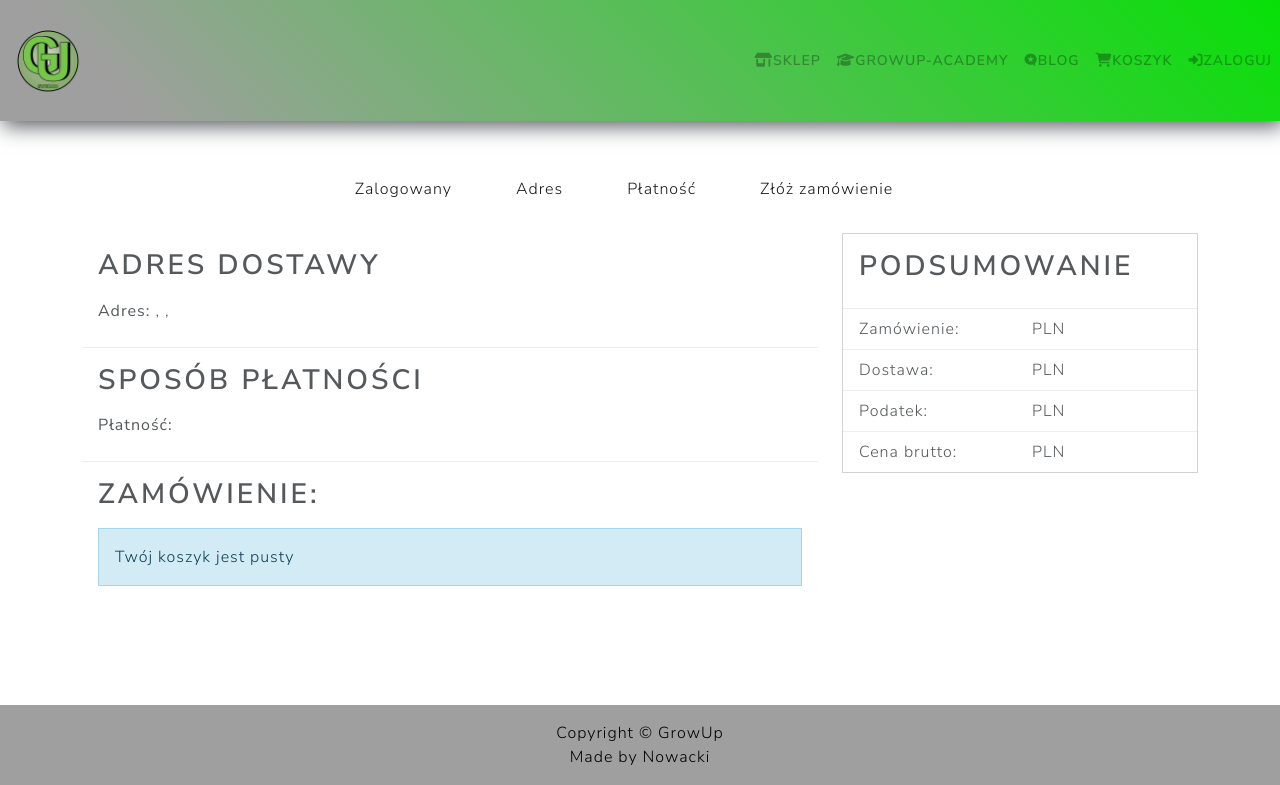
Repository: Nowacki97PL/GrowUpFullStack
Page: /placeorder (app in grow-up-fe/)
These files come from the project's save history. The page is drawn as it stood at one moment and after a run of saves; the edit follows.
The browser window is 1280 px wide. The pictures show the whole page.
The project was rebuilt for these pictures with package versions that can differ from the ones it lists, and the page was loaded fresh each time. Also part of the build but not shown: grow-up-fe/src/components/Rating.js, grow-up-fe/src/components/Product.js, grow-up-fe/src/components/Loader.js, grow-up-fe/src/actions/productActions.js, grow-up-fe/src/screens/ShopScreen.js, grow-up-fe/src/screens/ProductScreen.js, grow-up-fe/src/screens/HomeScreen.js, grow-up-fe/src/actions/cartActions.js and 7 more.

Above is the page before, as saved 2024-02-24 18:01:01.

### grow-up-fe/public/index.html
<!doctype html>
<html lang="pl">
  <head>
    <meta charset="utf-8">
    <meta name="viewport" content="width=device-width, initial-scale=1">
    <link rel="shortcut icon" href="%PUBLIC_URL%/logo.png">
    <link rel="stylesheet" href="https://cdnjs.cloudflare.com/ajax/libs/font-awesome/6.5.1/css/all.min.css" integrity="sha512-DTOQO9RWCH3ppGqcWaEA1BIZOC6xxalwEsw9c2QQeAIftl+Vegovlnee1c9QX4TctnWMn13TZye+giMm8e2LwA==" crossorigin="anonymous" referrerpolicy="no-referrer" />
    <!--
      Notice the use of %PUBLIC_URL% in the tag above.
      It will be replaced with the URL of the `public` folder during the build.
      Only files inside the `public` folder can be referenced from the HTML.

      Unlike "/favicon.ico" or "favicon.ico", "%PUBLIC_URL%/favicon.ico" will
      work correctly both with client-side routing and a non-root public URL.
      Learn how to configure a non-root public URL by running `npm run build`.
    -->
    <title>Grow-Up</title>
  </head>
  <body>
    <div id="root"></div>
    <!--
      This HTML file is a template.
      If you open it directly in the browser, you will see an empty page.

      You can add webfonts, meta tags, or analytics to this file.
      The build step will place the bundled scripts into the <body> tag.

      To begin the development, run `npm start`.
      To create a production bundle, use `npm run build`.
    -->
  </body>
</html>

### grow-up-fe/src/index.js
import React from 'react';
import ReactDOM from 'react-dom/client';
import {Provider} from 'react-redux'
import store from './store'

import App from './App';
import './index.css';
import './bootstrap.css';

const rootElement = document.getElementById('root');

// Użyj createRoot zamiast ReactDOM.render
const root = ReactDOM.createRoot(rootElement);
root.render(
<Provider store={store}>
<App />
</Provider>);

### grow-up-fe/src/store.js
import { createStore, combineReducers, applyMiddleware } from "redux";
import { thunk } from "redux-thunk";
import { composeWithDevTools } from "redux-devtools-extension";
import {
	productListReducers,
	productDetailsReducers,
} from "./reducers/productReducers";
import { cartReducer } from "./reducers/cartReducers";
import { userLoginReducer, userRegisterReducer, userDetailsReducer, userUpdateProfileReducer } from "./reducers/userReducers";

const reducer = combineReducers({
	productList: productListReducers,
	productDetails: productDetailsReducers,
	cart: cartReducer,
	userLogin: userLoginReducer,
	userRegister: userRegisterReducer,
	userDetails: userDetailsReducer,
	userUpdateProfile: userUpdateProfileReducer,
});

const cartItemsFromStorage = localStorage.getItem("cartItems")
	? JSON.parse(localStorage.getItem("cartItems"))
	: [];

const userInfoFromStorage = localStorage.getItem("userInfo")
	? JSON.parse(localStorage.getItem("userInfo"))
	: null;

const shippingAddressFromStorage = localStorage.getItem('shippingAddress') ?
    JSON.parse(localStorage.getItem('shippingAddress')) : {}

	const initialState = {
		cart: {
			cartItems: cartItemsFromStorage,
			shippingAddress: shippingAddressFromStorage,
		},
		userLogin: { userInfo: userInfoFromStorage },
	}

const middleware = [thunk];

const store = createStore(
	reducer,
	initialState,
	composeWithDevTools(applyMiddleware(...middleware))
);

store.subscribe(() => {
	const { cart } = store.getState();
	localStorage.setItem("cartItems", JSON.stringify(cart.cartItems));
});

export default store;

### grow-up-fe/src/App.js
import React from "react";

import { Container } from "react-bootstrap";
import { BrowserRouter as Router, Route, Routes } from "react-router-dom";

import Header from "./components/Header";
import Footer from "./components/Footer";
import ShopScreen from "./screens/ShopScreen";
import ProductScreen from "./screens/ProductScreen";
import HomeScreen from './screens/HomeScreen'
import CartScreen from './screens/CartScreen'
import LoginScreen from './screens/LoginScreen'
import RegisterScreen from './screens/RegisterScreen'
import ProfileScreen from './screens/ProfileScreen'
import ShippingScreen from "./screens/ShippingScreen";
import PaymentScreen from "./screens/PaymentScreen";
import PlaceOrderScreen from "./screens/PlaceOrderScreen";

function App() {
	return (
		<Router>
			<Header />
			<main className="py-5">
				<Container>
					<Routes>
						<Route path="/" element={<HomeScreen />}></Route>
						<Route path="/login" element={<LoginScreen />}></Route>
						<Route path="/register" element={<RegisterScreen />}></Route>
						<Route path="/profile" element={<ProfileScreen />}></Route>
						<Route path="/shipping" element={<ShippingScreen/>}></Route>
						<Route path="/payment" element={<PaymentScreen/>}></Route>
						<Route path="/placeorder" element={<PlaceOrderScreen/>}></Route>
						<Route path="/shop" element={<ShopScreen />}></Route>
						<Route path="/product/:id" element={<ProductScreen />}></Route>
						<Route path="/cart/:id?" element={<CartScreen />}></Route>
					</Routes>
				</Container>
			</main>
			<Footer />
		</Router>
	);
}

export default App;

### grow-up-fe/src/index.css
main {
  min-height: 81.1vh;
  width: 100%;
}


.nav-main {
  width: 100%;
  margin: 0;
}

#Navbar {
  background: linear-gradient(45deg, rgb(160, 159, 159) 10%, rgb(7, 224, 7));
  box-shadow: 3px 5px 20px;
  display: flex;
  justify-content: space-between;
  align-items: center;
}

.navbar-toggler {
  margin-right: 1rem;
}

.img-logo img {
  display: flex;
  height: 3.95rem;
  margin-left: 1rem;
}

#card-title {
  text-decoration: none;
}

h1 {
  font-size: 1.8rem;
  padding: 1rem 0;
}

h2 {
  font-size: 1.4rem;
  padding: 0.5rem 0;
}

h3 {
  padding: 1rem 0;
}

.rating span {
  margin: 0.1rem;
}

#card-border-color {
  border-color: rgb(7, 224, 7);
}

.Footer-main {
  background:  rgb(160, 159, 159);
  width: 100%;
  color: black;
}

### grow-up-fe/src/reducers/productReducers.js
import {
	PRODUCT_LIST_REQUEST,
	PRODUCT_LIST_SUCCESS,
	PRODUCT_LIST_FAIL,
	PRODUCT_DETAILS_REQUEST,
	PRODUCT_DETAILS_SUCCESS,
	PRODUCT_DETAILS_FAIL
} from "../constants/productConstants";

export const productListReducers = (state = { products: [] }, action) => {
	switch (action.type) {
		case PRODUCT_LIST_REQUEST:
			return { loading: true, products: [] };

		case PRODUCT_LIST_SUCCESS:
			return { loading: false, products: action.payload };

		case PRODUCT_LIST_FAIL:
			return { loading: false, error: action.payload };

		default:
			return state;
	}
};


export const productDetailsReducers = (state = { product: {reviews: []} }, action) => {
	switch (action.type) {
		case PRODUCT_DETAILS_REQUEST:
			return { loading: true, ...state };

		case PRODUCT_DETAILS_SUCCESS:
			return { loading: false, product: action.payload };

		case PRODUCT_DETAILS_FAIL:
			return { loading: false, error: action.payload };

		default:
			return state;
	}
};

### grow-up-fe/src/reducers/cartReducers.js
import {
    CART_ADD_ITEM,
    CART_REMOVE_ITEM,
    CART_SAVE_SHIPPING_ADDRESS,

    CART_SAVE_PAYMENT_METHOD,

    CART_CLEAR_ITEMS,
} from '../constants/cartConstans'

export const cartReducer = (state = { cartItems: [] }, action) => {
	switch (action.type) {
		case CART_ADD_ITEM:
			const item = action.payload;
			const existItem = state.cartItems.find((x) => x.product === item.product);

			if (existItem) {
				return {
					...state,
					cartItems: state.cartItems.map((x) =>
						x.product === existItem.product ? item : x
					),
				};
			} else {
				return {
					...state,
					cartItems: [...state.cartItems, item],
				};
			}

		case CART_REMOVE_ITEM:
			return {
				...state,
				cartItems: state.cartItems.filter((x) => x.product !== action.payload),
			};

			case CART_SAVE_SHIPPING_ADDRESS:
				return {
					...state,
					shippingAddress: action.payload
				}

			case CART_SAVE_PAYMENT_METHOD:
				return {
					...state,
					paymentMethod: action.payload
				}

			case CART_CLEAR_ITEMS:
				return {
					...state,
					cartItems: []
				}


		default:
			return state;
	}
};

### grow-up-fe/src/reducers/userReducers.js
import {
	USER_LOGIN_REQUEST,
	USER_LOGIN_SUCCESS,
	USER_LOGIN_FAIL,
	USER_LOGOUT,
	USER_REGISTER_REQUEST,
	USER_REGISTER_SUCCESS,
	USER_REGISTER_FAIL,
	USER_DETAILS_REQUEST,
	USER_DETAILS_SUCCESS,
	USER_DETAILS_FAIL,
	USER_DETAILS_RESET,
	USER_UPDATE_PROFILE_REQUEST,
	USER_UPDATE_PROFILE_SUCCESS,
	USER_UPDATE_PROFILE_FAIL,
	USER_UPDATE_PROFILE_RESET,
} from "../constants/userConstans";

export const userLoginReducer = (state = {}, action) => {
	switch (action.type) {
		case USER_LOGIN_REQUEST:
			return { loading: true };

		case USER_LOGIN_SUCCESS:
			return { loading: false, userInfo: action.payload };

		case USER_LOGIN_FAIL:
			return { loading: false, error: action.payload };

		case USER_LOGOUT:
			return { loading: false };

		default:
			return state;
	}
};

export const userRegisterReducer = (state = {}, action) => {
	switch (action.type) {
		case USER_REGISTER_REQUEST:
			return { loading: true };

		case USER_REGISTER_SUCCESS:
			return { loading: false, userInfo: action.payload };

		case USER_REGISTER_FAIL:
			return { loading: false, error: action.payload };

		case USER_LOGOUT:
			return { loading: false };

		default:
			return state;
	}
};

export const userDetailsReducer = (state = { user: {} }, action) => {
	switch (action.type) {
		case USER_DETAILS_REQUEST:
			return { ...state, loading: true };

		case USER_DETAILS_SUCCESS:
			return { loading: false, user: action.payload };

		case USER_DETAILS_FAIL:
			return { loading: false, error: action.payload };

		case USER_DETAILS_RESET:
			return { user: {} };

		default:
			return state;
	}
};

export const userUpdateProfileReducer = (state = {}, action) => {
	switch (action.type) {
		case USER_UPDATE_PROFILE_REQUEST:
			return { loading: true };

		case USER_UPDATE_PROFILE_SUCCESS:
			return { loading: false, success: true, userInfo: action.payload };

		case USER_UPDATE_PROFILE_FAIL:
			return { loading: false, error: action.payload };

		case USER_UPDATE_PROFILE_RESET:
			return {};

		default:
			return state;
	}
};

### grow-up-fe/src/components/Header.js
import React from "react";
import { useDispatch, useSelector } from "react-redux";
import Nav from "react-bootstrap/Nav";
import Navbar from "react-bootstrap/Navbar";
import { Container, NavDropdown } from "react-bootstrap";
import { LinkContainer } from "react-router-bootstrap";
import { logout } from "../actions/userActions";

function Header() {
	const userLogin = useSelector((state) => state.userLogin);
	const { userInfo } = userLogin;
	const dispatch = useDispatch();

	const logoutHandler = () => {
		dispatch(logout());
	};

	return (
		<header>
			<Navbar expand="md" id="Navbar" collapseOnSelect>

					<LinkContainer to="/">
						<Navbar.Brand className="img-logo">
							<img src="logo.png" alt="logo"></img>
						</Navbar.Brand>
					</LinkContainer>

					<Navbar.Toggle aria-controls="basic-navbar-nav" />
					<Navbar.Collapse id="basic-navbar-nav">
						<Nav className="ms-md-auto">
							<LinkContainer to="/shop">
								<Nav.Link>
									<i className="fa-solid fa-shop"></i>
									Sklep
								</Nav.Link>
							</LinkContainer>

							<LinkContainer to="/growup-academy">
								<Nav.Link>
									<i className="fa-solid fa-graduation-cap"></i>
									GrowUp-Academy
								</Nav.Link>
							</LinkContainer>

							<LinkContainer to="/blog">
								<Nav.Link>
									<i className="fa-brands fa-microblog"></i>
									blog
								</Nav.Link>
							</LinkContainer>

							<LinkContainer to="/cart">
								<Nav.Link>
									<i className="fas fa-shopping-cart"></i>Koszyk
								</Nav.Link>
							</LinkContainer>

							{userInfo ? (
								<NavDropdown title={userInfo.name} id="username">
									<LinkContainer to="/profile">
										<NavDropdown.Item>
											<i className="fas fa-user"></i>Profil
										</NavDropdown.Item>
									</LinkContainer>
									<NavDropdown.Item onClick={logoutHandler}>
										<i className="fa-solid fa-right-from-bracket"></i>
										Wyloguj
									</NavDropdown.Item>
								</NavDropdown>
							) : (
								<LinkContainer to="/login">
									<Nav.Link>
										<i className="fa-solid fa-right-to-bracket"></i>
										Zaloguj
									</Nav.Link>
								</LinkContainer>
							)}
						</Nav>
					</Navbar.Collapse>

			</Navbar>
		</header>
	);
}

export default Header;

### grow-up-fe/src/components/Footer.js
import React from 'react'
import {Container, Row, Col} from 'react-bootstrap'

function Footer() {
  return (
    <footer className='Footer-main'>
      <Container>
        <Row>
          <Col className='text-center py-3'>
          Copyright &copy; GrowUp <br></br>
          Made by Nowacki
          </Col>
        </Row>
      </Container>

    </footer>
  )
}

export default Footer

### grow-up-fe/src/screens/PlaceOrderScreen.js
import React, { useState, useEffect } from "react";
import { Button, Row, Col, ListGroup, Image, Card } from "react-bootstrap";
import { Link } from "react-router-dom";
import { useNavigate } from "react-router-dom";
import { useDispatch, useSelector } from "react-redux";
import Message from "../components/Message";
import CheckoutSteps from "../components/CheckoutSteps";
function PlaceOrderScreen() {
	const cart = useSelector((state) => state.cart);

	return (
		<div>
			<CheckoutSteps step1 step2 step3 step4 />
			<Row>
				<Col md={8}>
					<ListGroup variant="flush">
						<ListGroup.Item>
							<h2>Adres dostawy</h2>

							<p>
								<strong>Adres: </strong>
								{cart.shippingAddress.address}, {cart.shippingAddress.city}
								{"  "}
								{cart.shippingAddress.postalCode},{cart.shippingAddress.country}
							</p>
						</ListGroup.Item>

						<ListGroup.Item>
							<h2>Sposób płatności</h2>

							<p>
								<strong>Płatność: </strong>
								{cart.paymentMethod}
							</p>
						</ListGroup.Item>

						<ListGroup.Item>
							<h2>Zamówienie:</h2>
                            {cart.cartItems.length === 0 ? <Message variant='info'>
                                Twój koszyk jest pusty
                            </Message> : (
                                <ListGroup variant="flush">
                                    {cart.cartItems.map((item, index) =>(
                                        <ListGroup.Item key={index}>
                                            <Row>
                                                <Col md={3}>
                                                    <Image src={item.image} alt={item.name} fluid rounded/>
                                                </Col>
                                                <Col>
                                                    <Link to={`/product/${item.product}`}>{item.name}</Link>
                                                </Col>
                                                <Col md={4}>
                                                    {item.qty} x {item.price} = {(item.qty * item.price).toFixed(2)} PLN
                                                </Col>
                                            </Row>
                                        </ListGroup.Item>
                                    ))}
                                </ListGroup>
                            )}
						</ListGroup.Item>
					</ListGroup>
				</Col>

				<Col md={4}>
                    <Card>
                        <ListGroup variant="flush">
                            <ListGroup.Item>
                                        <h2>Podsumowanie</h2>
                            </ListGroup.Item>

                            <ListGroup.Item>
                                <Row>
                                    <Col>Zamówienie:</Col>
                                    <Col>{cart.cartItems.price} PLN</Col>
                                </Row>
                            </ListGroup.Item>

                            <ListGroup.Item>
                                <Row>
                                    <Col>Dostawa:</Col>
                                    <Col>{cart.shippingPrice} PLN</Col>
                                </Row>
                            </ListGroup.Item>

                            <ListGroup.Item>
                                <Row>
                                    <Col>Podatek:</Col>
                                    <Col>{cart.taxPrice} PLN</Col>
                                </Row>
                            </ListGroup.Item>

                            <ListGroup.Item>
                                <Row>
                                    <Col>Cena brutto:</Col>
                                    <Col>{cart.totalPrice} PLN</Col>
                                </Row>
                            </ListGroup.Item>

                        </ListGroup>
                    </Card>
                </Col>
			</Row>
		</div>
	);
}

export default PlaceOrderScreen;

### grow-up-fe/src/constants/productConstants.js
export const PRODUCT_LIST_REQUEST = 'PRODUCT_LIST_REQUEST'
export const PRODUCT_LIST_SUCCESS = 'PRODUCT_LIST_SUCCESS'
export const PRODUCT_LIST_FAIL = 'PRODUCT_LIST_FAIL'


export const PRODUCT_DETAILS_REQUEST = 'PRODUCT_DETAILS_REQUEST'
export const PRODUCT_DETAILS_SUCCESS = 'PRODUCT_DETAILS_SUCCESS'
export const PRODUCT_DETAILS_FAIL = 'PRODUCT_DETAILS_FAIL'

### grow-up-fe/src/constants/userConstans.js
export const USER_LOGIN_REQUEST = "USER_LOGIN_REQUEST";
export const USER_LOGIN_SUCCESS = "USER_LOGIN_SUCCESS";
export const USER_LOGIN_FAIL = "USER_LOGIN_FAIL";

export const USER_LOGOUT = "USER_LOGIN_REQUEST";

export const USER_REGISTER_REQUEST = "USER_REGISTER_REQUEST";
export const USER_REGISTER_SUCCESS = "USER_REGISTER_SUCCESS";
export const USER_REGISTER_FAIL = "USER_REGISTER_FAIL";

export const USER_DETAILS_REQUEST = "USER_DETAILS_REQUEST";
export const USER_DETAILS_SUCCESS = "USER_DETAILS_SUCCESS";
export const USER_DETAILS_FAIL = "USER_DETAILS_FAIL";
export const USER_DETAILS_RESET = "USER_DETAILS_RESET";

export const USER_UPDATE_PROFILE_REQUEST = "USER_UPDATE_PROFILE_REQUEST";
export const USER_UPDATE_PROFILE_SUCCESS = "USER_UPDATE_PROFILE_SUCCESS";
export const USER_UPDATE_PROFILE_FAIL = "USER_UPDATE_PROFILE_FAIL";
export const USER_UPDATE_PROFILE_RESET = "USER_UPDATE_PROFILE_RESET";

export const USER_LIST_REQUEST = "USER_LIST_REQUEST";
export const USER_LIST_SUCCESS = "USER_LIST_SUCCESS";
export const USER_LIST_FAIL = "USER_LIST_FAIL";
export const USER_LIST_RESET = "USER_LIST_RESET";

export const USER_DELETE_REQUEST = "USER_DELETE_REQUEST";
export const USER_DELETE_SUCCESS = "USER_DELETE_SUCCESS";
export const USER_DELETE_FAIL = "USER_DELETE_FAIL";

export const USER_UPDATE_REQUEST = "USER_UPDATE_REQUEST";
export const USER_UPDATE_SUCCESS = "USER_UPDATE_SUCCESS";
export const USER_UPDATE_FAIL = "USER_UPDATE_FAIL";
export const USER_UPDATE_RESET = "USER_UPDATE_RESET";

### grow-up-fe/src/actions/userActions.js
import {
	USER_LOGIN_REQUEST,
	USER_LOGIN_SUCCESS,
	USER_LOGIN_FAIL,
	USER_LOGOUT,
	USER_REGISTER_REQUEST,
	USER_REGISTER_SUCCESS,
	USER_REGISTER_FAIL,
	USER_DETAILS_REQUEST,
	USER_DETAILS_SUCCESS,
	USER_DETAILS_FAIL,
	USER_DETAILS_RESET,
	USER_UPDATE_PROFILE_REQUEST,
	USER_UPDATE_PROFILE_SUCCESS,
	USER_UPDATE_PROFILE_FAIL,
	USER_UPDATE_PROFILE_RESET,
} from "../constants/userConstans";
import axios from "axios";

export const login = (email, password) => async (dispatch) => {
	try {
		dispatch({
			type: USER_LOGIN_REQUEST,
		});

		const config = {
			headers: {
				"Content-type": "application/json",
			},
		};

		const { data } = await axios.post(
			"/api/users/login/",
			{ username: email, password: password },
			config
		);

		dispatch({
			type: USER_LOGIN_SUCCESS,
			payload: data,
		});

		localStorage.setItem("userInfo", JSON.stringify(data));
	} catch (error) {
		dispatch({
			type: USER_LOGIN_FAIL,
			payload:
				error.response && error.response.data.detail
					? error.response.data.detail
					: error.massage,
		});
	}
};

export const logout = () => {
	return (dispatch) => {
		localStorage.removeItem("userInfo");
		dispatch({ type: USER_LOGOUT });
		dispatch({ type: USER_DETAILS_RESET });
	};
};

export const register = (name, email, password) => async (dispatch) => {
	try {
		dispatch({
			type: USER_REGISTER_REQUEST,
		});

		const config = {
			headers: {
				"Content-type": "application/json",
			},
		};

		const { data } = await axios.post(
			"/api/users/register/",
			{ name: name, email: email, password: password },
			config
		);

		dispatch({
			type: USER_REGISTER_SUCCESS,
			payload: data,
		});

		dispatch({
			type: USER_LOGIN_SUCCESS,
			payload: data,
		});

		localStorage.setItem("userInfo", JSON.stringify(data));
	} catch (error) {
		dispatch({
			type: USER_REGISTER_FAIL,
			payload:
				error.response && error.response.data
					? error.response.data[0]
					: error.massage,
		});
	}
};

export const getUserDetails = (id) => async (dispatch, getState) => {
	try {
		dispatch({
			type: USER_DETAILS_REQUEST,
		});

		const {
			userLogin: { userInfo },
		} = getState();

		const config = {
			headers: {
				"Content-type": "application/json",
				Authorization: `Bearer ${userInfo.token}`,
			},
		};

		const { data } = await axios.get(`/api/users/${id}/`, config);

		dispatch({
			type: USER_DETAILS_SUCCESS,
			payload: data,
		});
	} catch (error) {
		dispatch({
			type: USER_DETAILS_FAIL,
			payload:
				error.response && error.response.data.detail
					? error.response.data.detail
					: error.message,
		});
	}
};

export const updateUserProfile = (user) => async (dispatch, getState) => {
	try {
		dispatch({
			type: USER_UPDATE_PROFILE_REQUEST,
		});

		const {
			userLogin: { userInfo },
		} = getState();

		const config = {
			headers: {
				"Content-type": "application/json",
				Authorization: `Bearer ${userInfo.token}`,
			},
		};

		const { data } = await axios.put(
			`/api/users/profile/update/`,
			user,
			config
		);

		dispatch({
			type: USER_UPDATE_PROFILE_SUCCESS,
			payload: data,
		});

		dispatch({
			type: USER_LOGIN_SUCCESS,
			payload: data,
		});

		localStorage.setItem("userInfo", JSON.stringify(data));
	} catch (error) {
		dispatch({
			type: USER_UPDATE_PROFILE_FAIL,
			payload:
				error.response && error.response.data.detail
					? error.response.data.detail
					: error.message,
		});
	}
};

### grow-up-fe/src/components/Message.js
import React from 'react'
import {Alert} from 'react-bootstrap'

function Message({variant, children}) {
  return (
    <Alert variant={variant}>
      {children}
    </Alert>
  )
}

export default Message

### grow-up-fe/src/components/CheckoutSteps.js
import React from "react";
import { Nav } from "react-bootstrap";
import { LinkContainer } from "react-router-bootstrap";

function CheckoutSteps({ step1, step2, step3, step4 }) {
	return (
		<Nav className="justify-content-center mb-4">
			<Nav.Item>
				{step1 ? (
					<LinkContainer to="/login">
						<Nav.Link>Zalogowany</Nav.Link>
					</LinkContainer>
				) : (
					<Nav.Link disabled>Zalogowany</Nav.Link>
				)}
			</Nav.Item>

			<Nav.Item>
				{step2 ? (
					<LinkContainer to="/shipping">
						<Nav.Link>Adres</Nav.Link>
					</LinkContainer>
				) : (
					<Nav.Link disabled>Adres</Nav.Link>
				)}
			</Nav.Item>

			<Nav.Item>
				{step3 ? (
					<LinkContainer to="/payment">
						<Nav.Link>Płatność</Nav.Link>
					</LinkContainer>
				) : (
					<Nav.Link disabled>Płatność</Nav.Link>
				)}
			</Nav.Item>

			<Nav.Item>
				{step4 ? (
					<LinkContainer to="/placeorder">
						<Nav.Link>Złóż zamówienie</Nav.Link>
					</LinkContainer>
				) : (
					<Nav.Link disabled>Potwierdzenie</Nav.Link>
				)}
			</Nav.Item>
		</Nav>
	);
}

export default CheckoutSteps;

Loaded but not shown: grow-up-fe/src/bootstrap.css (library); grow-up-fe/src/constants/cartConstans.js (common file)

After the next 4 saves:
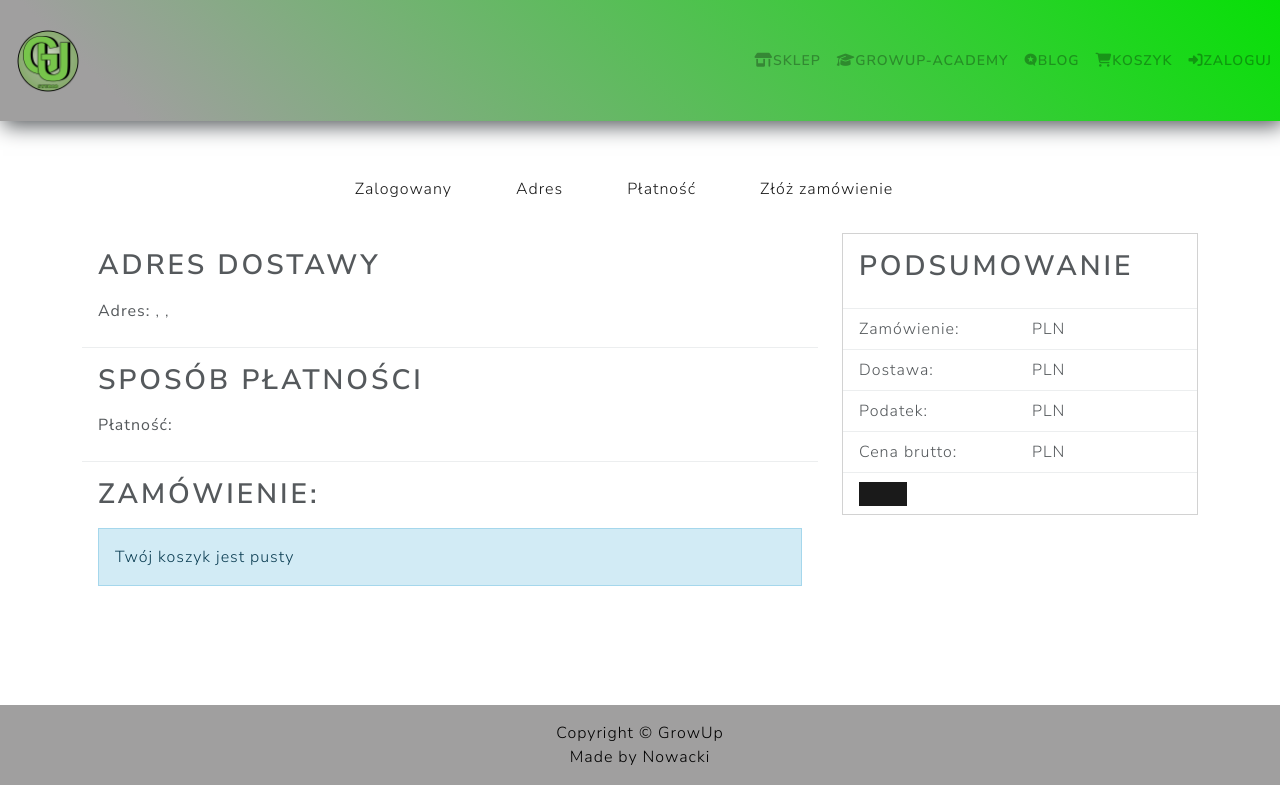
The 4 saves are shown as one change because 1 did not build or start and some came seconds apart.
The last was saved 17 s later.
--- a/grow-up-fe/src/screens/PlaceOrderScreen.js
+++ b/grow-up-fe/src/screens/PlaceOrderScreen.js
@@ -96,6 +96,11 @@ function PlaceOrderScreen() {
                                 </Row>
                             </ListGroup.Item>
 
+                            <ListGroup.Item>
+                                <Button>
+
+                                </Button>
+                            </ListGroup.Item>
                         </ListGroup>
                     </Card>
                 </Col>
